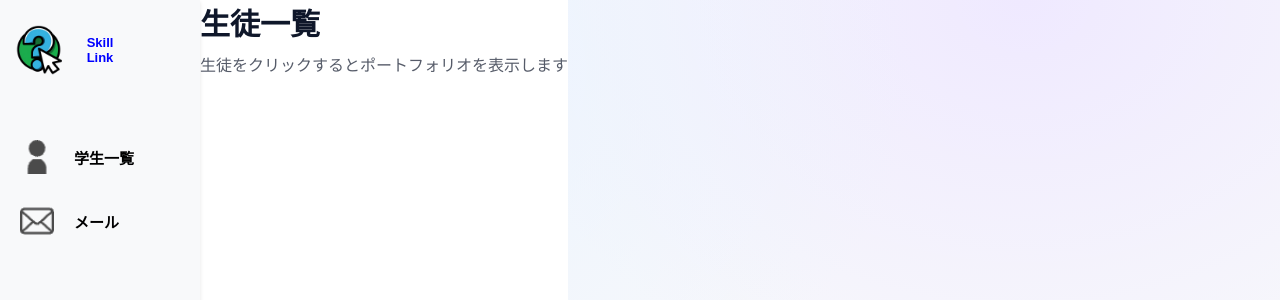
Repository: kobuchisouta/work-app
Page: /dashboard/company/students
These files come from the project's save history. The page is drawn as it stood at one moment and after the next save; the edit follows.
The browser window is 1280 px wide. The pictures show the whole page.
The page's requests for data from a server got no answer. The project was rebuilt for these pictures with package versions that can differ from the ones it lists, and the page was loaded fresh each time. The framework's server and built-in components were replaced by stand-ins that run in the browser. No one was signed in, and anything a server would have sent is missing. Also part of the build but not shown: next.config.ts.

Above is the page before, as saved 2026-01-28 03:07:11.

After the next save:
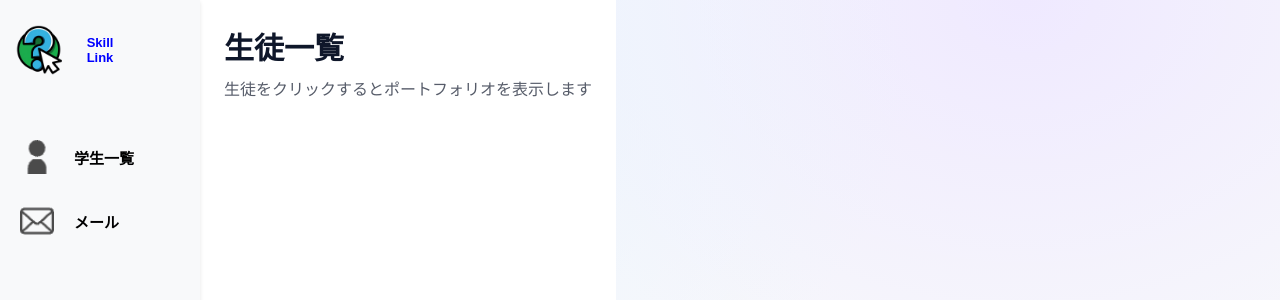
Saved 3 min 11 s later.
--- a/src/app/dashboard/company/layout.module.css
+++ b/src/app/dashboard/company/layout.module.css
@@ -1,13 +1,15 @@
-
 .container {
   display: flex;
-  min-height: 100vh; /* height ではなく min-height */
+  min-height: 100vh;
 }
 
 .main {
   flex: 1;
   min-width: 0;
   height: 100vh;
-  overflow-y: auto; /* ← これが重要：右側を縦スクロール */
+  overflow-y: auto;
   background: #fff;
+
+  /* ✅ 追加：中身が端に寄りすぎない + 横幅を使う */
+  padding: 24px;
 }
